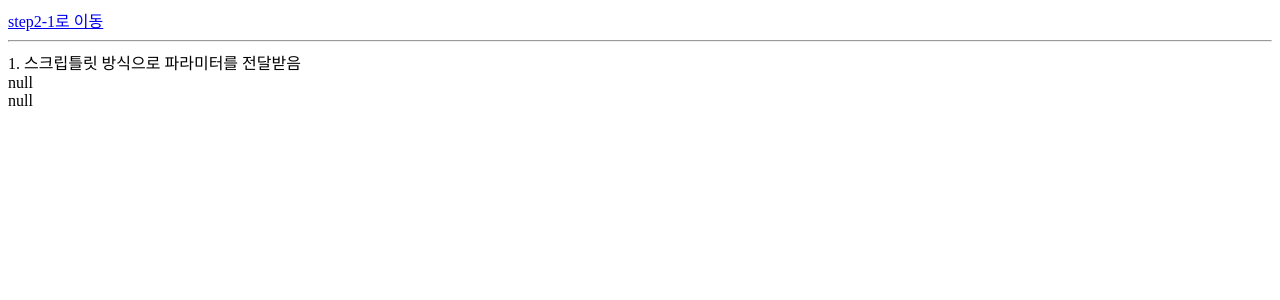
Repository: doridori890130/JSP
Page: http://localhost/jstl_study/step2-2.jsp
An editor plug-in stored every save of this project. The page is shown before and after the next save, followed by the edit.
The browser window is 1280 px wide. The pictures show the whole page.
The page is served by Tomcat 9.

Above is the page before, as saved 2023-05-09 06:40:38.

After the next save:
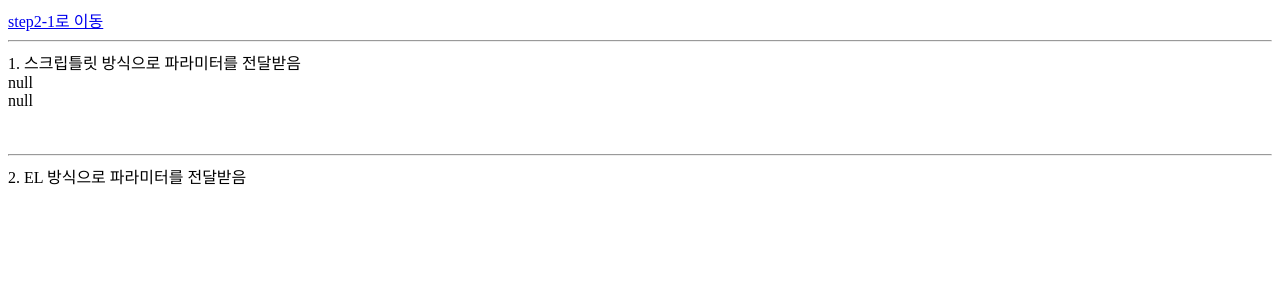
Saved 2 min 22 s later.
--- a/jstl_project/jstl_study/src/main/webapp/step2-2.jsp
+++ b/jstl_project/jstl_study/src/main/webapp/step2-2.jsp
@@ -12,5 +12,12 @@
 	1. 스크립틀릿 방식으로 파라미터를 전달받음 <br>
 	<%=request.getParameter("name")%> <br>
 	<%=request.getParameter("address") %> <br>
+	<br>
+	<br>
+	<hr>
+	2. EL 방식으로 파라미터를 전달받음 <br>
+	${param.name } <br>
+	${param.address } <br>
+
 </body>
 </html>
